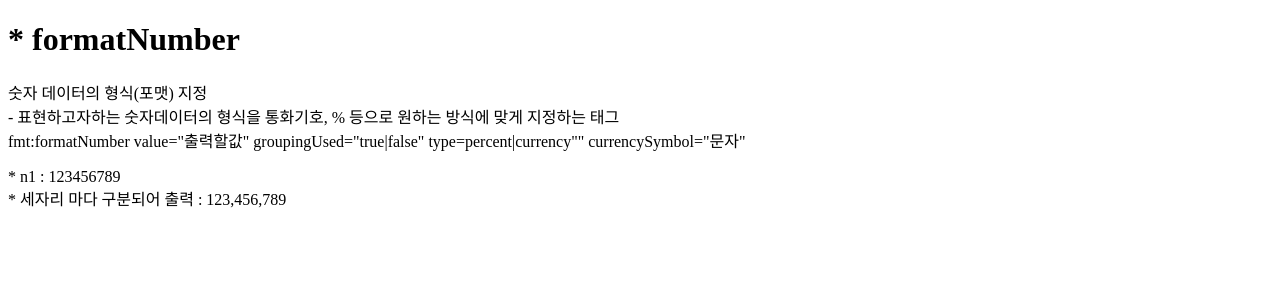
Repository: kkh1396/kh_front
Page: http://localhost/2_jsp/views/4_CustomAction/3_fmt.jsp
An editor plug-in stored every save of this project. The page is shown before and after the next save, followed by the edit.
The browser window is 1280 px wide. The pictures show the whole page.
The page is served by Tomcat 9. Nobody is signed in. The application's start-up code is not run.

Above is the page before, as saved 2025-03-21 06:43:13.

After the next save:
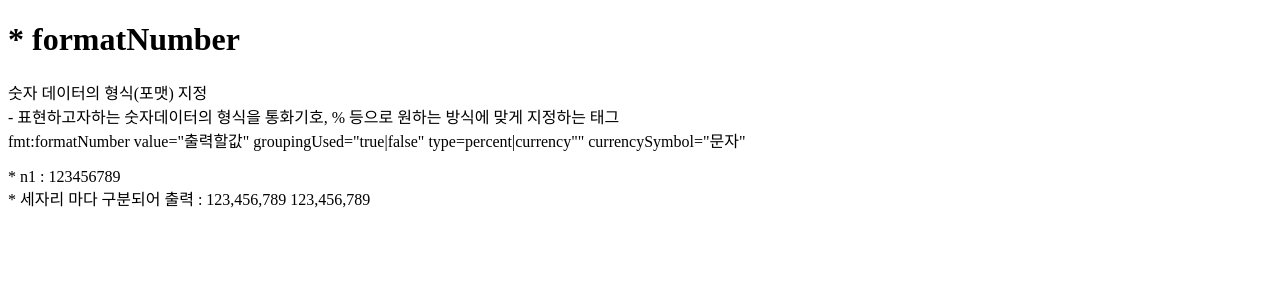
Saved 28 s later.
--- a/05_server/2_jsp/src/main/webapp/views/4_CustomAction/3_fmt.jsp
+++ b/05_server/2_jsp/src/main/webapp/views/4_CustomAction/3_fmt.jsp
@@ -27,8 +27,9 @@
 		<c:set var="n3" value="50000"/>
 
 		* n1 : ${ n1 } <br>
-		* 세자리 마다 구분되어 출력 : <fmt:formatNumber value="${ n1 }">
-		</fmt:formatNumber>
+		* 세자리 마다 구분되어 출력 : <fmt:formatNumber value="${ n1 }"/>
+		<fmt:formatNumber value="${ n1 }" groupingUsed="true" />
+
 
 
 
